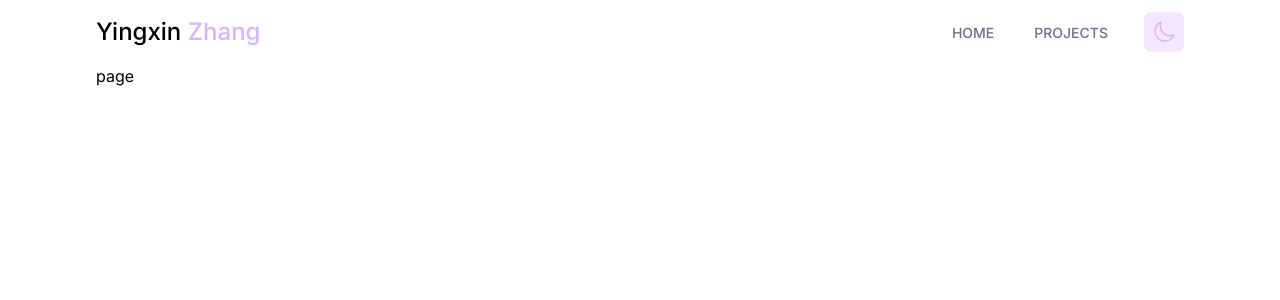
Repository: Tracy-maker/projects_collection
Page: /contact
The author's editor kept a copy of each file at every save. The page is drawn from the files as they stood at one save, then again after the next save.
The browser window is 1280 px wide. The pictures show the whole page.
The project was rebuilt for these pictures with package versions that can differ from the ones it lists, and the page was loaded fresh each time. The framework's server and built-in components were replaced by stand-ins that run in the browser. Also part of the build but not shown: next.config.js.

Above is the page before, as saved 2024-07-17 05:55:02.

### app/layout.tsx
import "./globals.css";
import type { Metadata } from "next";
import { Inter } from "next/font/google";
import Navbar from "./components/NavBar";
import { Provider } from "./components/Provider";

const inter = Inter({ subsets: ["latin"] });

export const metadata: Metadata = {
  title: "Projects Collection",
  description: "project list",
};

export default function RootLayout({
  children,
}: {
  children: React.ReactNode;
}) {
  return (
    <html lang="en" suppressHydrationWarning>
      <body
        className={`${inter.className} bg-white text-black dark:bg-[#090908] dark:text-white h-full selection:bg-gray-500 dark:selection:bg-gray-800`}
      >
        <Provider>
          <Navbar />
          <main className="max-w-6xl mx-auto px-6 sm:px-8 lg:px-8">
            {children}
          </main>
        </Provider>
      </body>
    </html>
  );
}

### app/contact/page.tsx
import React from "react";

export default async function contactMe() {
  return <div>page</div>;
}

### app/components/NavBar.tsx
"use client";

import Link from "next/link";
import { usePathname } from "next/navigation";
import { Disclosure } from "@headlessui/react";
import ThemeButton from "./ThemeButton";

export default function Navbar() {
  let pathname = usePathname() || "/";
  return (
    <Disclosure as="nav">
      {({ open }) => (
        <>
          <div className="max-w-6xl mx-auto px-4 sm:px-6 lg:px-8">
            <div className="flex justify-between h-16">
              <div className="flex justify-between w-full">
                <div className="flex items-center">
                  <Link href="/">
                    <h1 className="text-2xl font-medium">
                      Yingxin <span className="text-purple-300">Zhang</span>
                    </h1>
                  </Link>
                </div>

                <div className="hidden sm:ml-6 sm:flex sm:space-x-8 sm:items-center">
                  <Link
                    href="/"
                    prefetch
                    className={`${
                      pathname === "/"
                        ? "border-blue-400 dark:text-white h-full inline-flex items-center px-1 pt-1 border-b-2 text-sm font-medium"
                        : "border-transparent text-gray-500 dark:text-gray-300 dark:hover:text-white inline-flex items-center px-1 pt-1 border-b-2 text-sm font-medium"
                    }`}
                  >
                    HOME
                  </Link>

                  <Link
                    href="/projects"
                    prefetch
                    className={`${
                      pathname === "/projects"
                        ? "border-blue-400 dark:text-white h-full inline-flex items-center px-1 pt-1 border-b-2 text-sm font-medium"
                        : "border-transparent text-gray-500 dark:text-gray-300 dark:hover:text-white inline-flex items-center px-1 pt-1 border-b-2 text-sm font-medium"
                    }`}
                  >
                    PROJECTS
                  </Link>
                  <ThemeButton />
                </div>
              </div>
              <div className="-mr-2 flex items-center sm:hidden">
                <ThemeButton />
                <Disclosure.Button className="inline-flex items-center justify-center p-2 rounded-md text-gray-400 hover:text-gray-500 hover:bg-gray-100 focus:ring-teal-500 dark:hover:bg-gray-800">
                  {open ? (
                    <svg
                      xmlns="http://www.w3.org/2000/svg"
                      fill="none"
                      viewBox="0 0 24 24"
                      strokeWidth={1.5}
                      stroke="currentColor"
                      className="w-6 h-6"
                    >
                      <path
                        strokeLinecap="round"
                        strokeLinejoin="round"
                        d="M6 18L18 6M6 6l12 12"
                      />
                    </svg>
                  ) : (
                    <svg
                      xmlns="http://www.w3.org/2000/svg"
                      fill="none"
                      viewBox="0 0 24 24"
                      strokeWidth={1.5}
                      stroke="currentColor"
                      className="w-6 h-6"
                    >
                      <path
                        strokeLinecap="round"
                        strokeLinejoin="round"
                        d="M3.75 6.75h16.5M3.75 12h16.5m-16.5 5.25h16.5"
                      />
                    </svg>
                  )}
                </Disclosure.Button>
              </div>
            </div>
          </div>
          <Disclosure.Panel className="sm:hidden">
            <div className="pt-2 pb-3 space-y-1">
              <Link
                href="/"
                prefetch
                className={`${
                  pathname === "/"
                    ? "bg-blue-50 border-blue-500 text-blue-500  block pl-3 pr-4 py-2 border-l-4 text-base font-medium dark:bg-gray-800"
                    : "border-transparent text-gray-500 hover:bg-gray-50 hover:border-gray-300 hover:text-blue-500 block pl-3 pr-4 py-2 dark:hover:bg-gray-700"
                }`}
              >
                HOME
              </Link>
            </div>

            <div className="pt-2 pb-3 space-y-1">
              <Link
                href="/projects"
                prefetch
                className={`${
                  pathname === "/projects"
                    ? "bg-blue-50 border-blue-500 text-blue-500  block pl-3 pr-4 py-2 border-l-4 text-base font-medium dark:bg-gray-800"
                    : "border-transparent text-gray-500 hover:bg-gray-50 hover:border-gray-300 hover:text-blue-500 block pl-3 pr-4 py-2 dark:hover:bg-gray-700 border-l-4 text-base font-medium dark:text-white"
                }`}
              >
                PROJECTS
              </Link>
            </div>
          </Disclosure.Panel>
        </>
      )}
    </Disclosure>
  );
}

### app/components/Provider.tsx
"use client";

import { ThemeProvider } from "next-themes";
import { ReactNode } from "react";

export function Provider({ children }: { children: ReactNode }) {
  return <ThemeProvider>{children}</ThemeProvider>;
}

### app/components/ThemeButton.tsx
"use client";

import { useTheme } from "next-themes";
import { useEffect, useState } from "react";

export default function ThemeButton() {
  const { setTheme, resolvedTheme } = useTheme();
  const [mounted, setMounted] = useState(false);

  useEffect(() => {
    setMounted(true);
  }, []);

  if (!mounted) {
    return null;
  }

  return (
    <button
      onClick={() => setTheme(resolvedTheme === "dark" ? "light" : "dark")}
      className="bg-purple-300/30 p-2 rounded-lg text-purple-300"
    >
      {resolvedTheme === "dark" ? (
        <svg
          xmlns="http://www.w3.org/2000/svg"
          fill="none"
          viewBox="0 0 24 24"
          strokeWidth={1.5}
          stroke="currentColor"
          className="w-6 h-6"
        >
          <path
            strokeLinecap="round"
            strokeLinejoin="round"
            d="M12 3v2.25m6.364.386l-1.591 1.591M21 12h-2.25m-.386 6.364l-1.591-1.591M12 18.75V21m-4.773-4.227l-1.591 1.591M5.25 12H3m4.227-4.773L5.636 5.636M15.75 12a3.75 3.75 0 11-7.5 0 3.75 3.75 0 017.5 0z"
          />
        </svg>
      ) : (
        <svg
          xmlns="http://www.w3.org/2000/svg"
          fill="none"
          viewBox="0 0 24 24"
          strokeWidth={1.5}
          stroke="currentColor"
          className="w-6 h-6"
        >
          <path
            strokeLinecap="round"
            strokeLinejoin="round"
            d="M21.752 15.002A9.718 9.718 0 0118 15.75c-5.385 0-9.75-4.365-9.75-9.75 0-1.33.266-2.597.748-3.752A9.753 9.753 0 003 11.25C3 16.635 7.365 21 12.75 21a9.753 9.753 0 009.002-5.998z"
          />
        </svg>
      )}
    </button>
  );
}

### tailwind.config.ts
import type { Config } from "tailwindcss";

const config: Config = {
  content: [
    "./pages/**/*.{js,ts,jsx,tsx,mdx}",
    "./components/**/*.{js,ts,jsx,tsx,mdx}",
    "./app/**/*.{js,ts,jsx,tsx,mdx}",
  ],
  darkMode: "class",
  theme: {
    extend: {
      backgroundImage: {
        "gradient-radial": "radial-gradient(var(--tw-gradient-stops))",
        "gradient-conic":
          "conic-gradient(from 180deg at 50% 50%, var(--tw-gradient-stops))",
      },
    },
  },
  plugins: [],
};
export default config;

Loaded but not shown: app/globals.css (common file)

After the next save:
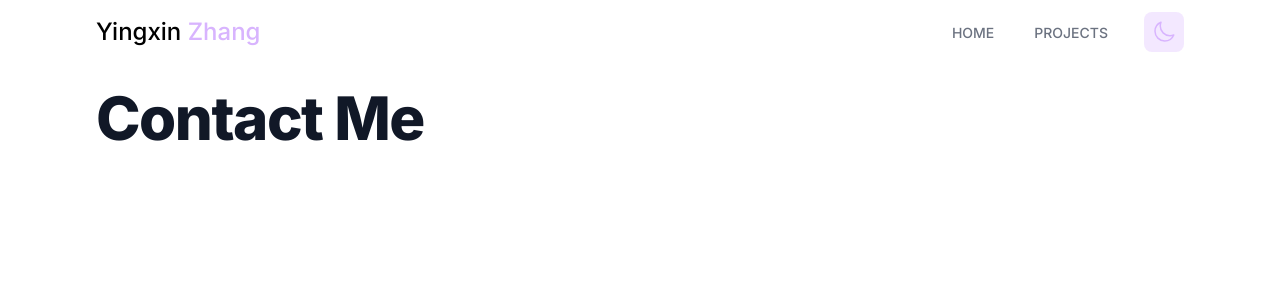
Saved 43 min 43 s later.
--- a/app/contact/page.tsx
+++ b/app/contact/page.tsx
@@ -1,5 +1,19 @@
-import React from "react";
+import Image from "next/image";
 
-export default async function contactMe() {
-  return <div>page</div>;
+
+
+
+
+export default async function ContactMe() {
+
+
+  return (
+    <div className="divide-y divide-gray-200 dark:divide-gray-700">
+      <div className="space-y-2 pt-6 pb-8 md:space-y-5">
+        <h1 className="text-3xl font-extrabold leading-9 tracking-tight text-gray-900 dark:text-gray-100 sm:text-4xl sm:leading-10 md:text-6xl md:leading-14">
+          Contact Me
+        </h1>
+      </div>
+    </div>
+  );
 }
